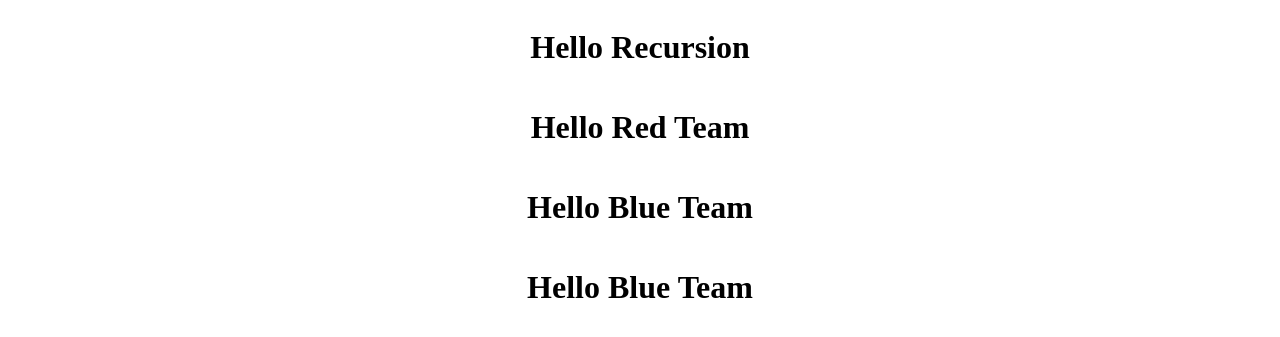
Repository: beginner-teamF/task1
Page: index.html
These files come from the project's save history. The page is drawn as it stood at one moment and after the next save; the edit follows.
The browser window is 1280 px wide. The pictures show the whole page.

Above is the page before, as saved 2024-02-28 13:16:36.

### index.html
<!DOCTYPE html>
<html lang="ja">
<head>
    <meta charset="UTF-8">
    <meta http-equiv="X-UA-Compatible" content="IE=edge">
    <meta name="viewport" content="width=device-width, initial-scale=1.0">
    <title>初心者チーム開発</title>
    <link rel="stylesheet" href="style.css">
</head>
<body>
    <div class="container">
        <h1>Hello Recursion</h1>
        <h1>Hello Red Team</h1>
        <h1>Hello Blue Team</h1><h1>Hello Blue Team</h1
    </div>
</body>
</html>

### style.css
.container {
    display:flex;
    flex-flow: column;
    align-items: center;
}

After the next save:
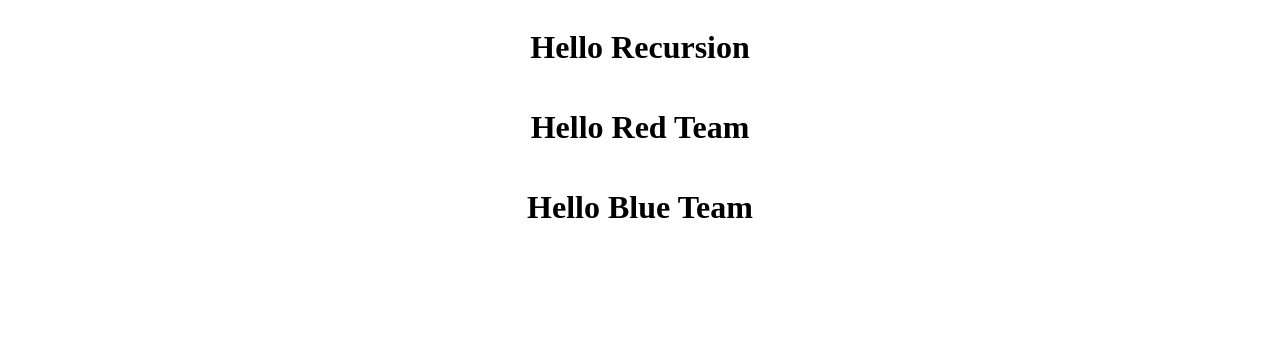
Saved 4 s later.
--- a/index.html
+++ b/index.html
@@ -11,7 +11,7 @@
     <div class="container">
         <h1>Hello Recursion</h1>
         <h1>Hello Red Team</h1>
-        <h1>Hello Blue Team</h1><h1>Hello Blue Team</h1
+        <h1>Hello Blue Team</h1>
     </div>
 </body>
 </html>

After the save that followed:
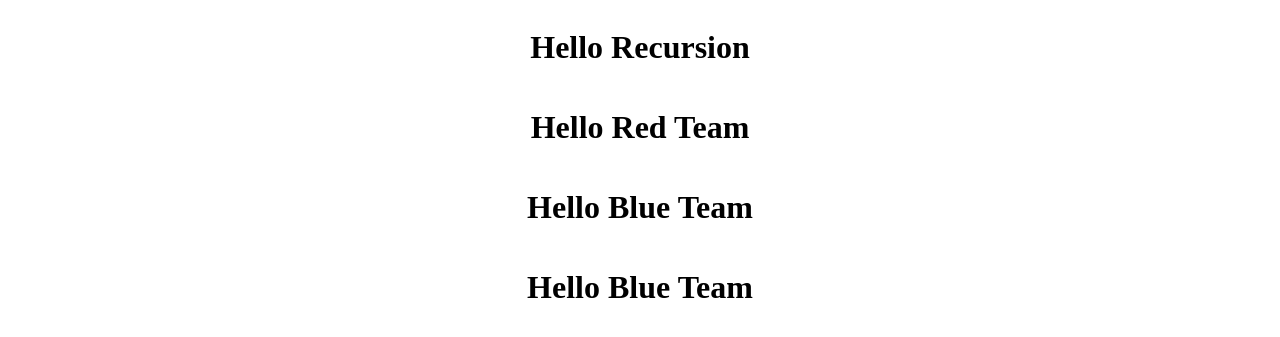
Saved 8 s later.
--- a/index.html
+++ b/index.html
@@ -12,6 +12,6 @@
         <h1>Hello Recursion</h1>
         <h1>Hello Red Team</h1>
         <h1>Hello Blue Team</h1>
-    </div>
+        <h1>Hello Blue Team</h1></div>
 </body>
 </html>
